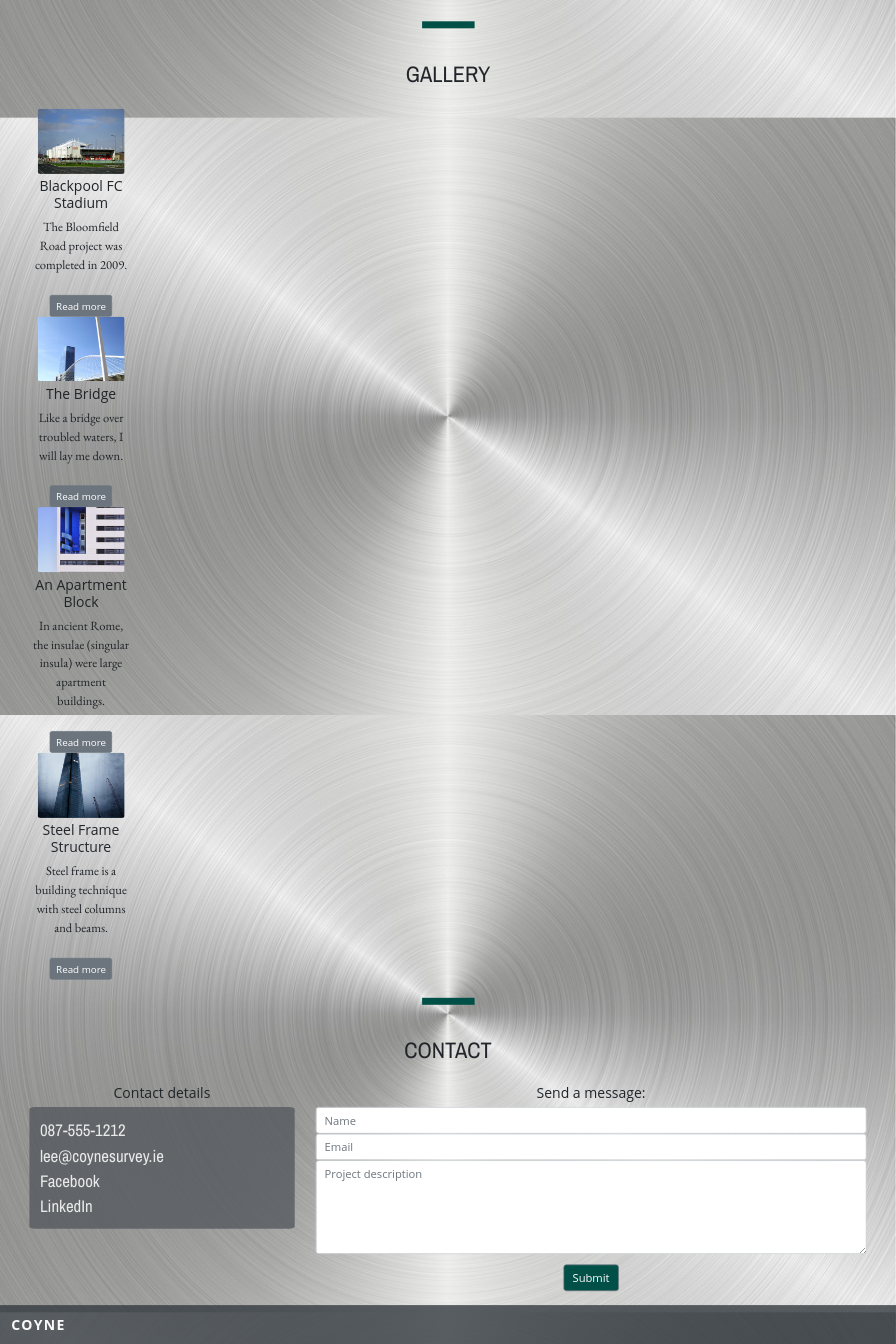
Repository: Leo-Cullen/first-milestone-project
Page: index.html
The author's editor kept a record of every edit. The page is drawn from the files as they stood at one moment, then again after the next edit.
The browser window is 1280 px wide. The pictures show the part of the page from y = 1539 to 3459 px (the page is 3459 px tall before and 3136 px after), at 70% of full size.
Backgrounds fixed to the window are drawn as part of the page. Some web libraries are served in a nearby version.

Above is the page before.

After the next edit:
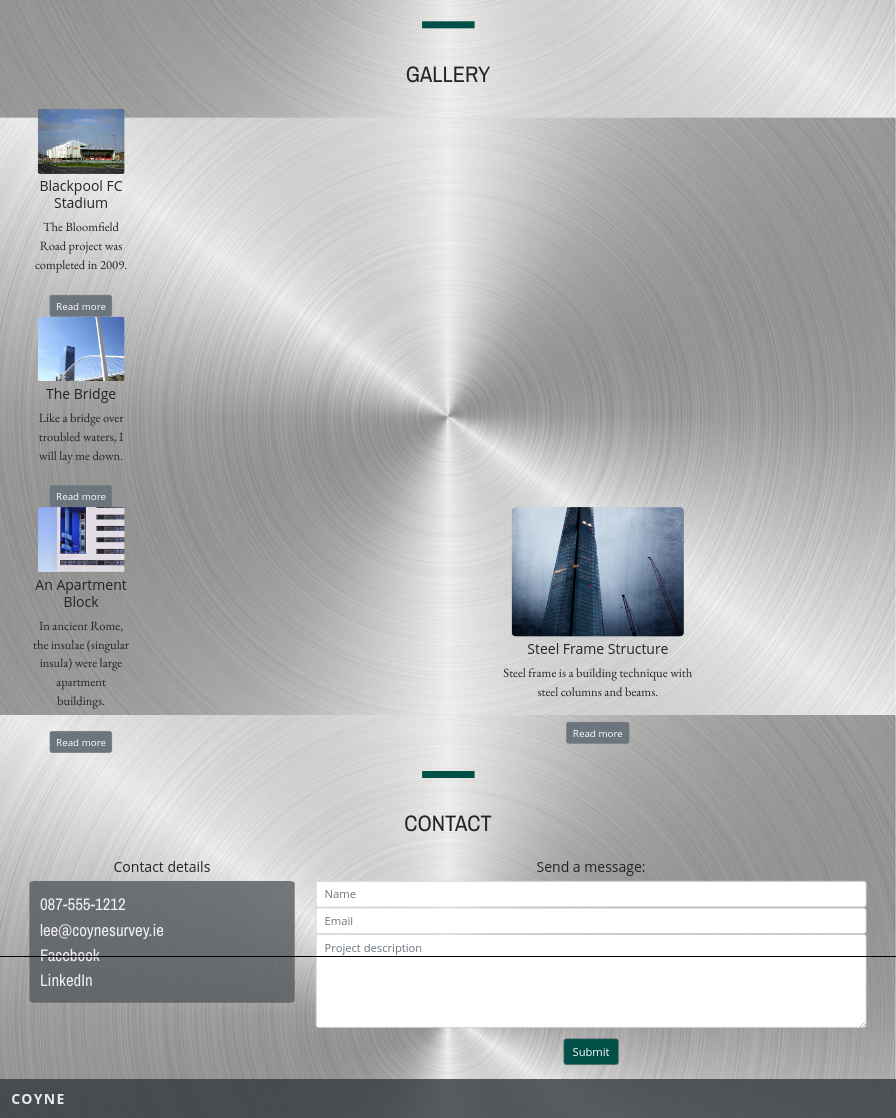
The edit:
--- a/index.html
+++ b/index.html
@@ -159,35 +159,36 @@
                     </div>
                 </div>
                 <div class="gallery-col">
-                <div class="col-md-6 col-xl-3">
-                    <img class="img-responsive" src="assets/images/bridge-640x480.jpg" />
-                    <h5>The Bridge</h5>
-                    <p>Like a bridge over troubled waters, I will lay me down.</p>
-                    <button class="btn btn-secondary btn-sm" type="button" data-toggle="collapse" data-target="#gallery-card-02" aria-expanded="false" aria-controls="collapseExample">
-                        Read more
-                    </button>
-                    <div class="collapse" id="gallery-card-02">
-                        <div class="card card-body">
-                            When you're weary, feeling small When tears are in your eyes, I'll dry them all (all) I'm on your side, oh, when times get rough And friends just can't be found Like a bridge over troubled water I will lay me down Like a bridge over troubled water I will
-                            lay me down When you're down and out When you're on the street When evening falls so hard I will comfort you (ooo) I'll take your part, oh, when darkness comes And pain is all around Like a bridge over troubled water I will
-                            lay me down Like a bridge over troubled water I will lay me down Sail on silver girl Sail…
-                        </div>
-                    </div>
+                    <div class="col-md-6 col-xl-3">
+                        <img class="img-responsive" src="assets/images/bridge-640x480.jpg" />
+                        <h5>The Bridge</h5>
+                        <p>Like a bridge over troubled waters, I will lay me down.</p>
+                        <button class="btn btn-secondary btn-sm" type="button" data-toggle="collapse" data-target="#gallery-card-02" aria-expanded="false" aria-controls="collapseExample">
+                        Read more
+                    </button>
+                        <div class="collapse" id="gallery-card-02">
+                            <div class="card card-body">
+                                When you're weary, feeling small When tears are in your eyes, I'll dry them all (all) I'm on your side, oh, when times get rough And friends just can't be found Like a bridge over troubled water I will lay me down Like a bridge over troubled water I will
+                                lay me down When you're down and out When you're on the street When evening falls so hard I will comfort you (ooo) I'll take your part, oh, when darkness comes And pain is all around Like a bridge over troubled water I
+                                will lay me down Like a bridge over troubled water I will lay me down Sail on silver girl Sail…
+                            </div>
+                        </div>
                     </div>
                 </div>
                 <div class="gallery-col">
-                <div class="col-md-6 col-xl-3">
-                    <img class="img-responsive" src="assets/images/appartments-640x480.jpg" />
-                    <h5>An Apartment Block</h5>
-                    <p>In ancient Rome, the insulae (singular insula) were large apartment buildings.</p>
-                    <button class="btn btn-secondary btn-sm" type="button" data-toggle="collapse" data-target="#gallery-card-03" aria-expanded="false" aria-controls="collapseExample">
-                        Read more
-                    </button>
-                    <div class="collapse" id="gallery-card-03">
-                        <div class="card card-body">
-                            An apartment (American English), flat (British English) or unit (Australian English) is a self-contained housing unit (a type of residential real estate) that occupies only part of a building, generally on a single storey. There are many names for these
-                            overall buildings, see below. The housing tenure of apartments also varies considerably, from large-scale public housing, to owner occupancy within what is legally a condominium (strata title or commonhold), to tenants renting
-                            from a private landlord (see leasehold estate).
+                    <div class="col-md-6 col-xl-3">
+                        <img class="img-responsive" src="assets/images/appartments-640x480.jpg" />
+                        <h5>An Apartment Block</h5>
+                        <p>In ancient Rome, the insulae (singular insula) were large apartment buildings.</p>
+                        <button class="btn btn-secondary btn-sm" type="button" data-toggle="collapse" data-target="#gallery-card-03" aria-expanded="false" aria-controls="collapseExample">
+                        Read more
+                    </button>
+                        <div class="collapse" id="gallery-card-03">
+                            <div class="card card-body">
+                                An apartment (American English), flat (British English) or unit (Australian English) is a self-contained housing unit (a type of residential real estate) that occupies only part of a building, generally on a single storey. There are many names for these
+                                overall buildings, see below. The housing tenure of apartments also varies considerably, from large-scale public housing, to owner occupancy within what is legally a condominium (strata title or commonhold), to tenants
+                                renting from a private landlord (see leasehold estate).
+                            </div>
                         </div>
                     </div>
                 </div>

After the edit that followed:
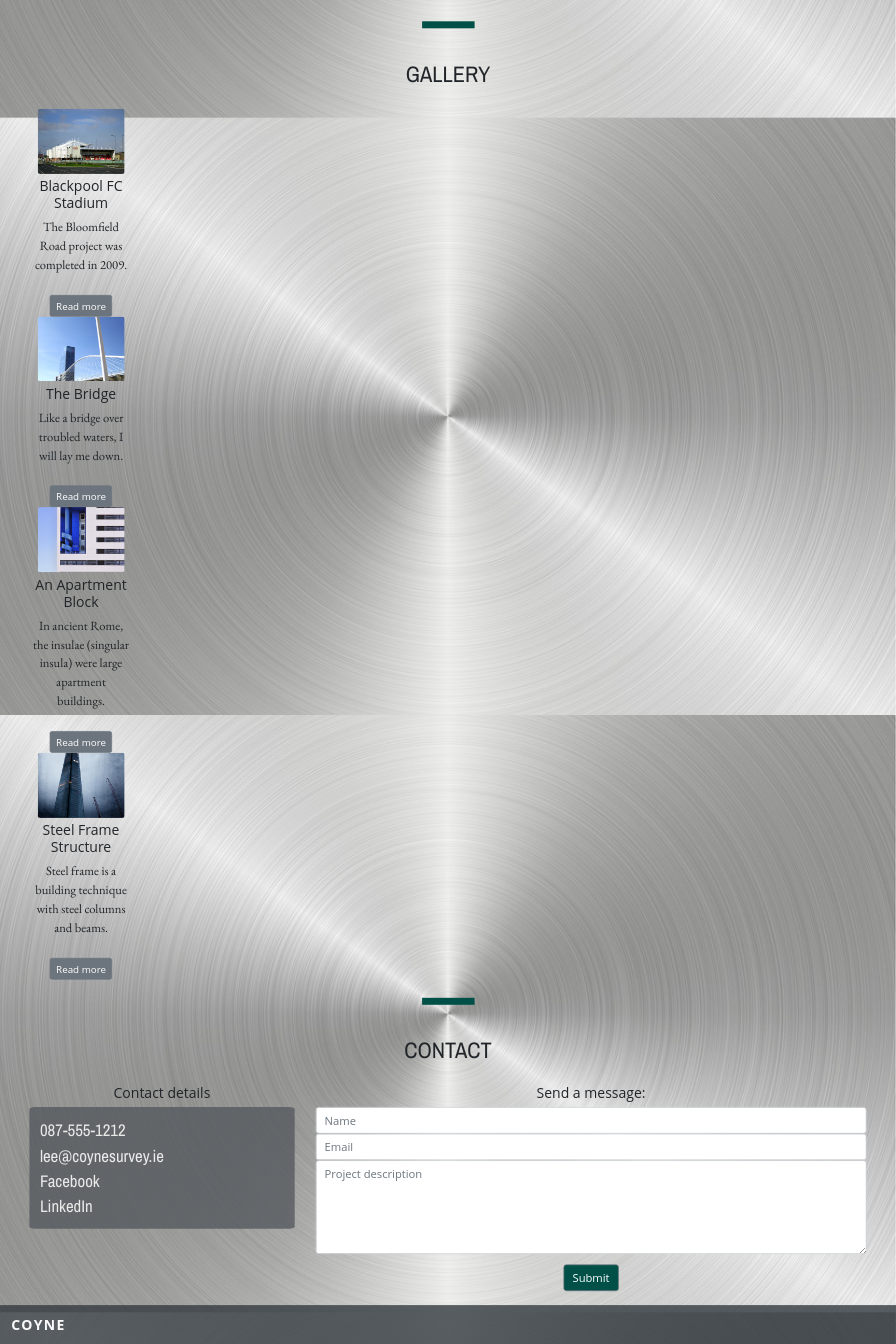
The edit:
--- a/index.html
+++ b/index.html
@@ -192,8 +192,8 @@
                         </div>
                     </div>
                 </div>
-
-                <div class="gallery-col col-md-6 col-xl-3">
+                <div class="gallery-col">
+                <div class="col-md-6 col-xl-3">
                     <img class="img-responsive" src="assets/images/skyscraper-640x480.jpg" />
                     <h5>Steel Frame Structure</h5>
                     <p>Steel frame is a building technique with steel columns and beams.</p>
